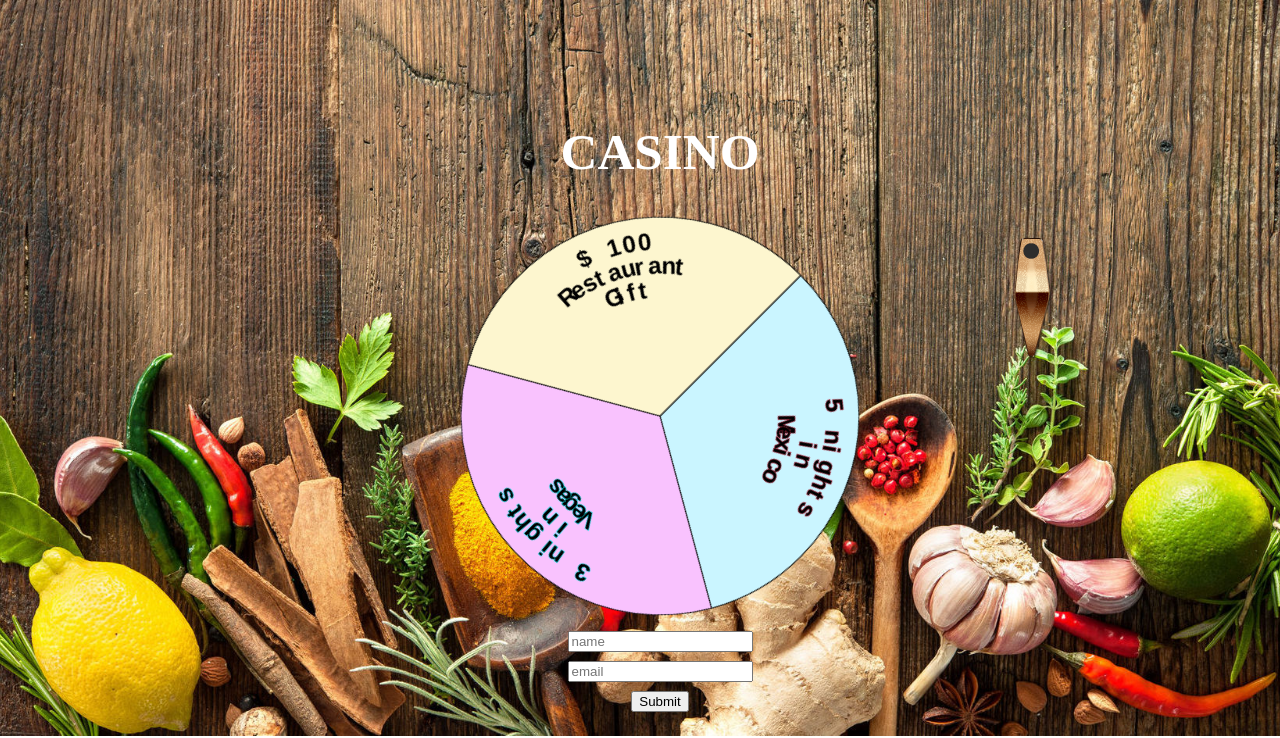
Repository: 43320888/upwork
Page: index.html
These files come from the project's save history. The page is drawn as it stood at one moment and after the next save; the edit follows.
The browser window is 1280 px wide. The pictures show the whole page.

Above is the page before, as saved 2019-01-16 22:00:28.

After the next save:
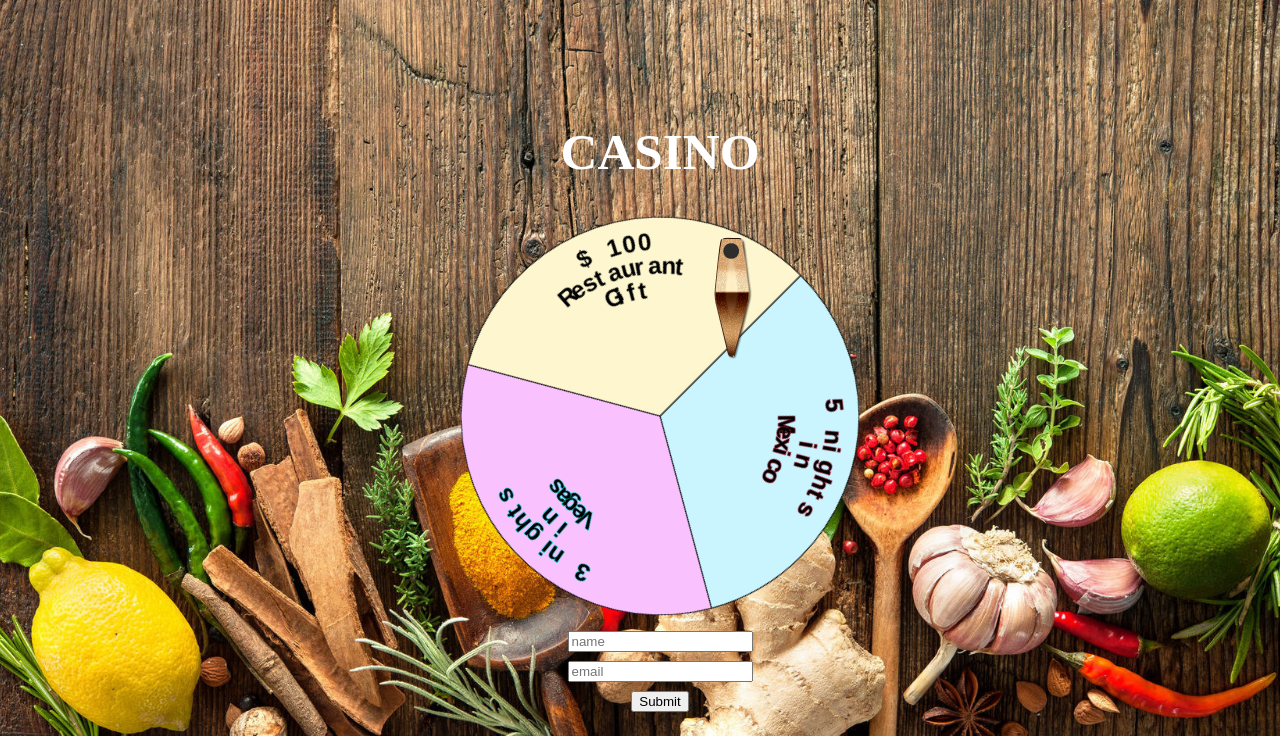
Saved 6 s later.
--- a/style.css
+++ b/style.css
@@ -21,7 +21,7 @@
 }
 #prizePointer {
 	position: absolute;
-	left: 500px;
+	left: 200px;
 	top: 10px;
 	z-index: 999;
 }
